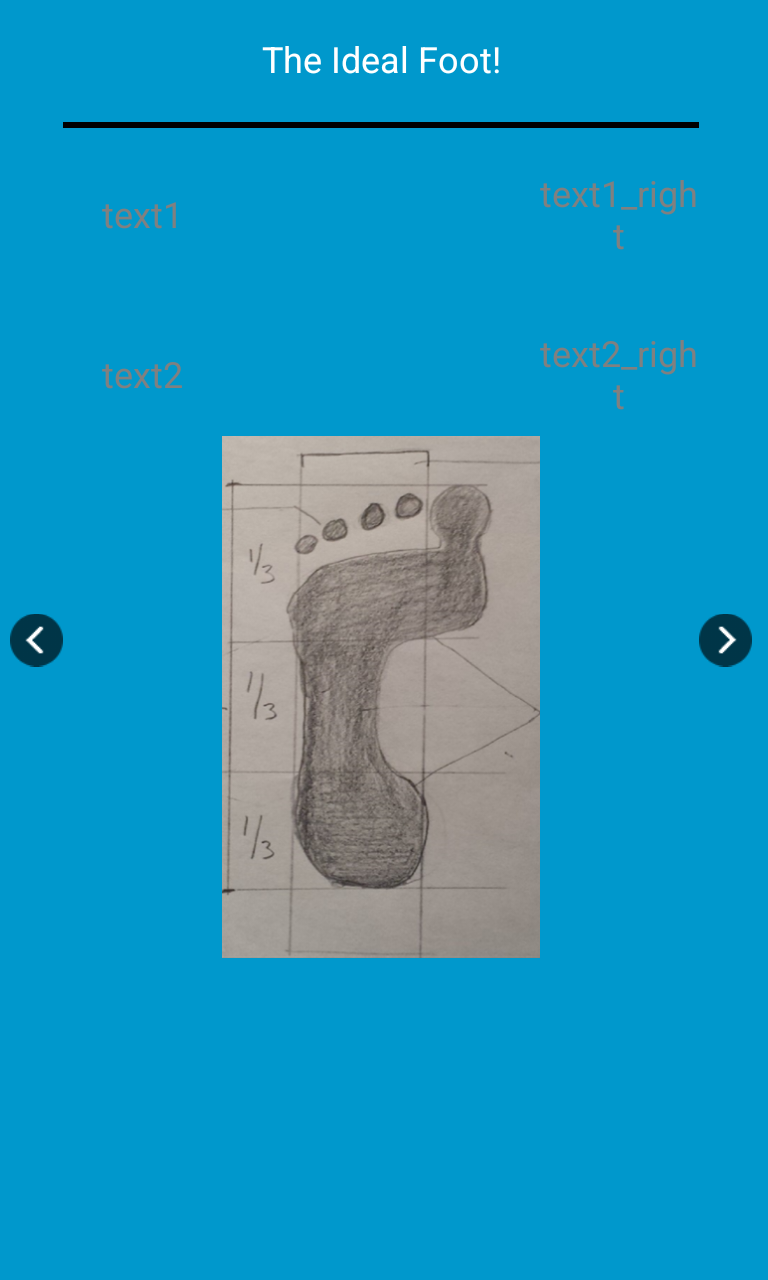
Repository: nanoweb12/GoodFeetAppNew
Layout: GoodFeetapp/res/layout/ideal_foot.xml
An editor plug-in stored every save of this project. The layout is shown before and after a run of saves, followed by the edit.
It is drawn on a 768 x 1280 px phone screen (xhdpi) without system bars, with theme MyTheme; the app's code is not run.

Above is the layout before, as saved 2015-02-19 11:49:55.

### GoodFeetapp/res/layout/ideal_foot.xml
<?xml version="1.0" encoding="utf-8"?>
<LinearLayout xmlns:android="http://schemas.android.com/apk/res/android"
    android:layout_width="match_parent"
    android:layout_height="match_parent"

    android:background="#0098cc"
    android:orientation="horizontal"
    android:weightSum="100" >

    <ImageView
        android:layout_width="0dp"
        android:layout_marginLeft="5dp"
        android:layout_height="match_parent"
        android:layout_weight="7"
        android:src="@drawable/left_arrow" />

    <LinearLayout
        android:layout_width="0dp"
        android:layout_height="match_parent"
        android:layout_weight="84"
        android:orientation="vertical"
        android:weightSum="100" >

        <TextView
            android:layout_width="match_parent"
            android:layout_height="0dp"
            android:layout_weight="9.5"
            android:gravity="center"
            android:textSize="18sp"
            android:textColor="#ffffff"
            android:text="The Ideal Foot!" />
   <View
            android:layout_width="match_parent"
            android:layout_height="0dp"
            android:layout_marginTop="2dp"
            android:layout_weight="0.5"
            android:gravity="center"
           android:background="#000000"
            />

        <LinearLayout
            android:layout_width="match_parent"
            android:layout_height="0dp"
            android:layout_weight="90"
            android:layout_marginTop="3dp"
             android:layout_marginBottom="10dp"
            android:orientation="horizontal"
            android:weightSum="100" >

            <LinearLayout
                android:layout_width="0dp"
                android:layout_height="match_parent"
                android:layout_weight="25"
                android:orientation="vertical" >

                <TextView
                    android:id="@+id/text1_left"
                    android:layout_width="match_parent"
                    android:layout_height="80dp"
                    android:gravity="center"
                    android:textSize="18sp"
                    android:hint="text1" />

                <TextView
                    android:id="@+id/text2_left"
                    android:layout_width="match_parent"
                    android:layout_height="80dp"
                    android:gravity="center"
                      android:textSize="18sp"
                    android:hint="text2" />
            </LinearLayout>

            <ImageView
                android:layout_width="0dp"
                android:layout_height="match_parent"
                android:layout_weight="50"
                android:scaleType="fitCenter"
                android:src="@drawable/foot" />

            <LinearLayout
                android:layout_width="0dp"
                android:layout_height="match_parent"
                android:layout_weight="25"
                android:orientation="vertical" >

                <TextView
                    android:id="@+id/text1_right"
                    android:layout_width="match_parent"
                    android:layout_height="80dp"
                    android:gravity="center"
                      android:textSize="18sp"
                    android:hint="text1_right" />

                <TextView
                     android:id="@+id/text2_right"
                    android:layout_width="match_parent"
                    android:layout_height="80dp"
                    android:gravity="center"
                      android:textSize="18sp"
                    android:hint="text2_right" />
            </LinearLayout>
        </LinearLayout>
    </LinearLayout>

    <ImageView
        android:layout_width="0dp"

        android:layout_height="match_parent"
        android:layout_weight="7"
        android:src="@drawable/right_arrow" />

</LinearLayout>

### GoodFeetapp/res/values-v11/styles.xml
<resources>
    <style name="MyTheme" parent="@android:style/Theme.Holo.Light">

    </style>

    <style name="MyActionBar" parent="@android:style/Widget.Holo.Light.ActionBar">
    <item name="android:actionBarSize">70dip</item>
         <item name="android:background">#D3D3D3</item>
    </style>
</resources>

### GoodFeetapp/res/values-v14/styles.xml
<!-- <resources>
    the theme applied to the application or activity
    <style name="CustomActionBarTheme"
           parent="@android:style/Theme.Holo.Light.DarkActionBar">

    </style>

    ActionBar styles
    <style name="MyActionBar"
           parent="@android:style/Widget.Holo.Light.ActionBar.Solid.Inverse">
       <item name="android:actionBarSize">70dip</item>
         <item name="android:background">#D3D3D3</item>

    </style>
</resources> -->

<resources>
    <style name="MyTheme" parent="@android:style/Theme.Holo.Light">

    </style>

    <style name="MyActionBar" parent="@android:style/Widget.Holo.Light.ActionBar">
    <item name="android:actionBarSize">100dip</item>
         <item name="android:background">#D3D3D3</item>
    </style>
</resources>

### GoodFeetapp/res/values/styles.xml
<resources>
    <style name="MyTheme" parent="@android:style/Theme.Holo.Light">

    </style>

    <style name="MyActionBar" parent="@android:style/Widget.Holo.Light.ActionBar">
    <item name="android:actionBarSize">70dip</item>
         <item name="android:background">#D3D3D3</item>
    </style>
</resources>

After the next 2 saves:
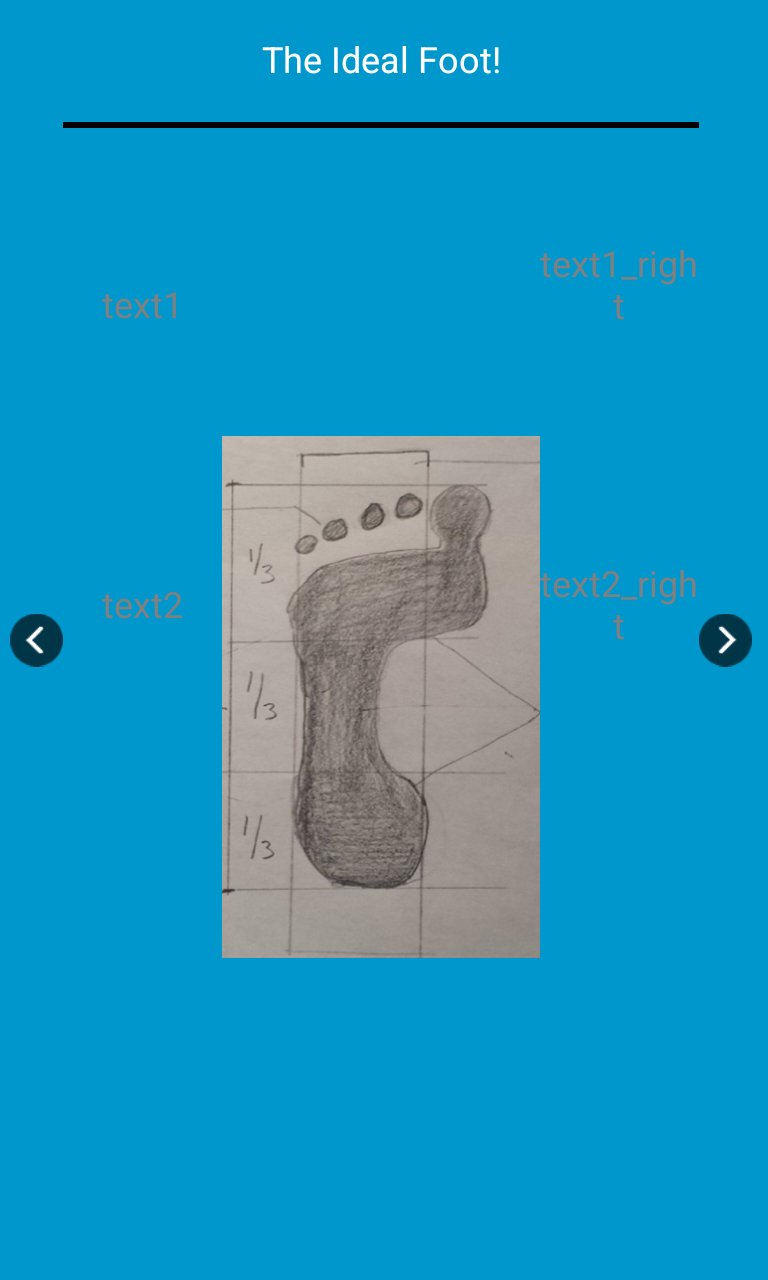
The 2 saves are shown as one change because 1 did not build or start.
The last was saved 3 min 30 s later.
--- a/GoodFeetapp/res/layout/ideal_foot.xml
+++ b/GoodFeetapp/res/layout/ideal_foot.xml
@@ -56,15 +56,16 @@
                 <TextView
                     android:id="@+id/text1_left"
                     android:layout_width="match_parent"
-                    android:layout_height="80dp"
+                    android:layout_height="150dp"
                     android:gravity="center"
                     android:textSize="18sp"
+                    android:layout_marginTop="10dp"
                     android:hint="text1" />
 
                 <TextView
                     android:id="@+id/text2_left"
                     android:layout_width="match_parent"
-                    android:layout_height="80dp"
+                    android:layout_height="150dp"
                     android:gravity="center"
                       android:textSize="18sp"
                     android:hint="text2" />
@@ -86,7 +87,7 @@
                 <TextView
                     android:id="@+id/text1_right"
                     android:layout_width="match_parent"
-                    android:layout_height="80dp"
+                    android:layout_height="150dp"
                     android:gravity="center"
                       android:textSize="18sp"
                     android:hint="text1_right" />
@@ -94,7 +95,8 @@
                 <TextView
                      android:id="@+id/text2_right"
                     android:layout_width="match_parent"
-                    android:layout_height="80dp"
+                    android:layout_height="150dp"
+                    android:layout_marginTop="10dp"
                     android:gravity="center"
                       android:textSize="18sp"
                     android:hint="text2_right" />
